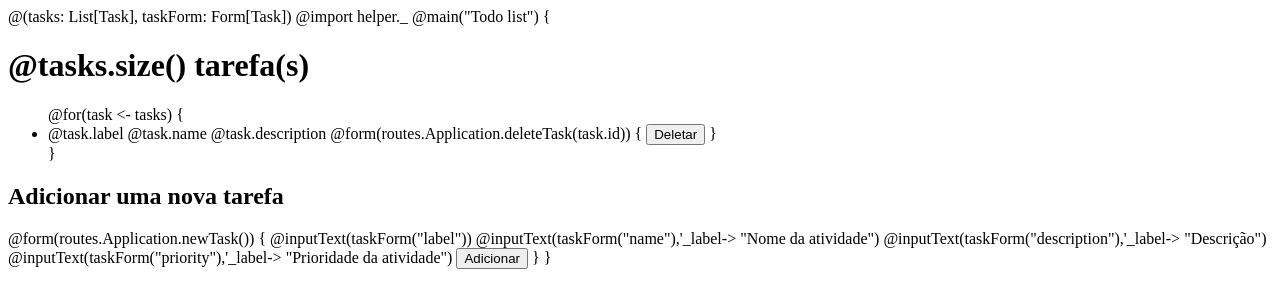
Repository: analuizamtg/si1
Page: lab2/todolist/.target/views/index.scala.html
These files come from the project's save history. The page is drawn as it stood at one moment and after the next save; the edit follows.
The browser window is 1280 px wide. The pictures show the whole page.

Above is the page before, as saved 2013-11-25 16:49:39.

### lab2/todolist/.target/views/index.scala.html
@(tasks: List[Task], taskForm: Form[Task])

@import helper._

@main("Todo list") {

    <h1>@tasks.size() tarefa(s)</h1>

    <ul>
        @for(task <- tasks) {
            <li>
                @task.label
                @task.name
                @task.description

                @form(routes.Application.deleteTask(task.id)) {
                    <input type="submit" value="Deletar">
                }
            </li>
        }
    </ul>

    <h2>Adicionar uma nova tarefa</h2>

    @form(routes.Application.newTask()) {

        @inputText(taskForm("label"))
        @inputText(taskForm("name"),'_label-> "Nome da atividade")
        @inputText(taskForm("description"),'_label-> "Descrição")
        @inputText(taskForm("priority"),'_label-> "Prioridade da atividade")

        <input type="submit" value="Adicionar">

    }

}

After the next save:
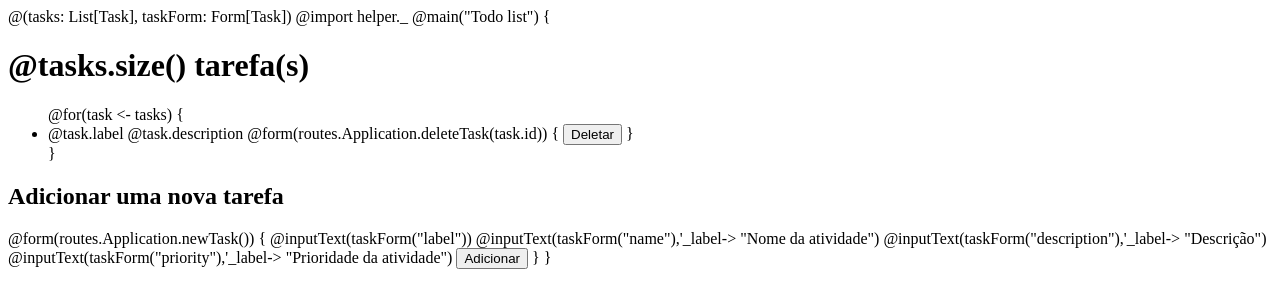
Saved 10 s later.
--- a/lab2/todolist/.target/views/index.scala.html
+++ b/lab2/todolist/.target/views/index.scala.html
@@ -10,7 +10,7 @@
         @for(task <- tasks) {
             <li>
                 @task.label
-                @task.name
+
                 @task.description
 
                 @form(routes.Application.deleteTask(task.id)) {
